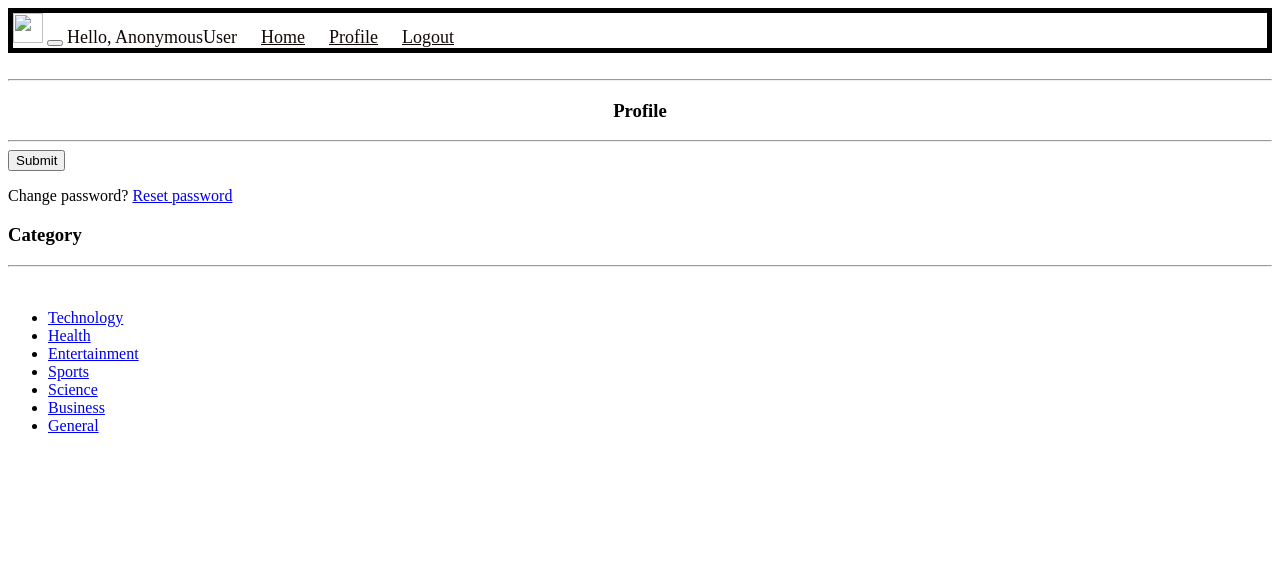
Repository: aayushshah094/django-newsletter-website-app
Page: news_api/templates/accounts/profile.html
The author's editor kept a copy of each file at every save. The page is drawn from the files as they stood at one save, then again after the next save.
The browser window is 1280 px wide. The pictures show the whole page.
The template is drawn by Django 3.2. The application's start-up code is not run. The template is opened directly, without the code that normally fills it, so the values that code supplies are empty.

Above is the page before, as saved 2021-11-24 16:27:45.

After the next save:
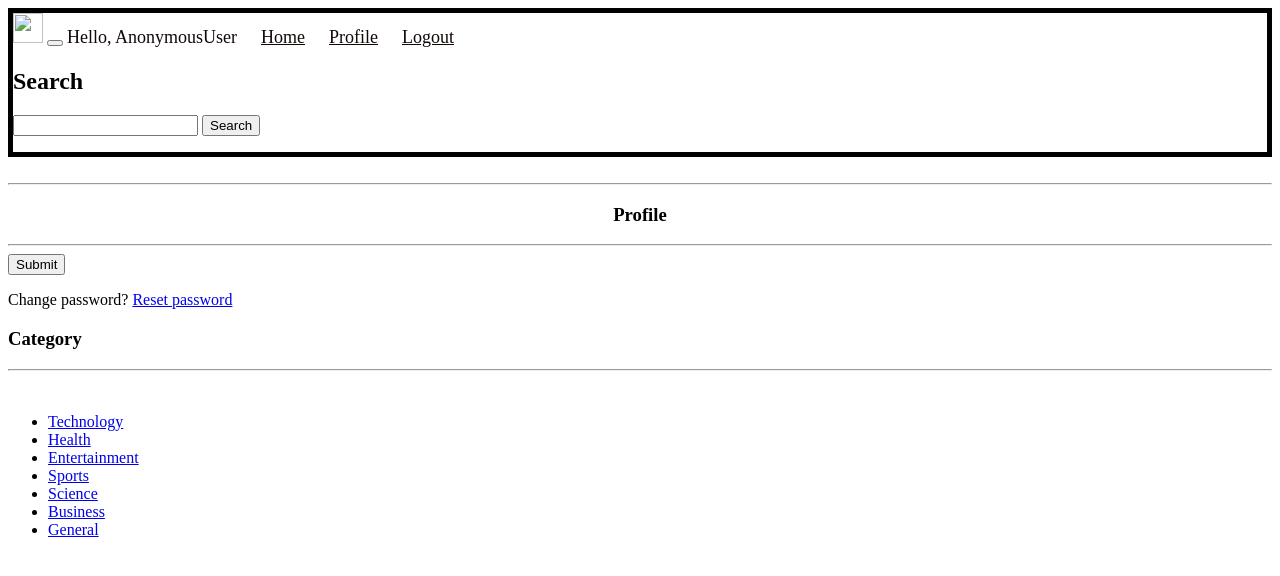
Saved 13 s later.
--- a/news_api/templates/accounts/profile.html
+++ b/news_api/templates/accounts/profile.html
@@ -25,6 +25,13 @@
 	<span> <a  class="hello-msg" href="{% url 'home' %}">Home</a></span>
 	<span> <a  class="hello-msg" href="{% url 'profile' %}">Profile</a></span>
 	<span ><a  class="hello-msg" href="{% url 'logout' %}" >Logout</a></span>
+
+	<h2>Search</h2>
+
+    <form action="" method="get">
+        <input type="text" name="keyword">
+        <button type="submit" value="Search">Search </button>
+    </form>
 
   </nav>
 {% block content %}
